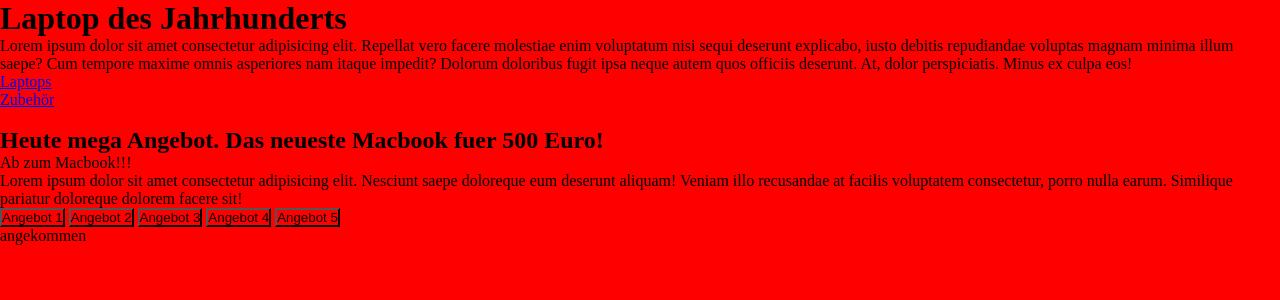
Repository: m0lt/modul_1
Page: 20250708_css_Class_ID/index.html
These files come from the project's save history. The page is drawn as it stood at one moment and after the next save; the edit follows.
The browser window is 1280 px wide. The pictures show the whole page.
Some web libraries are served in a nearby version.

Above is the page before, as saved 2025-07-07 09:44:18.

After the next save:
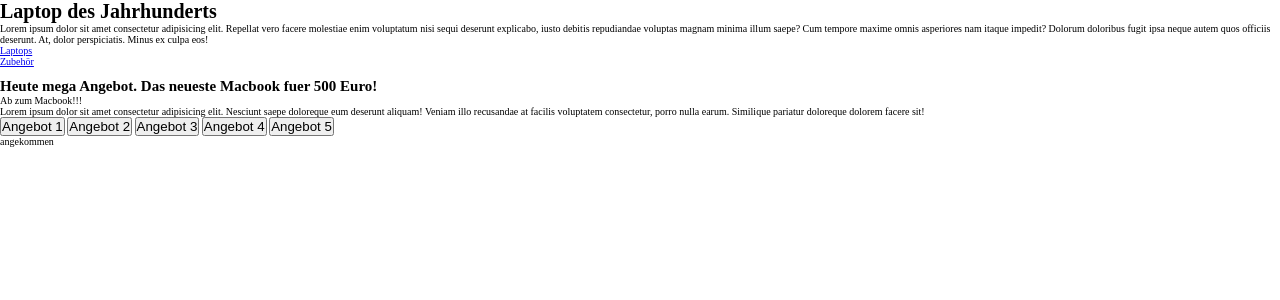
Saved 8 min 17 s later.
--- a/20250708_css_Class_ID/assets/css/styles.css
+++ b/20250708_css_Class_ID/assets/css/styles.css
@@ -4,6 +4,15 @@
     padding: 0;
 }
 
-*{
-    background-color: red;
+html{
+    font-size: 10px;
+
 }
+
+:root{
+    --primary-color: #3498db;
+    --font-size: 16px;
+    --margin-bottom: 100px;
+}
+
+/* ? ==============HEADER============= */
